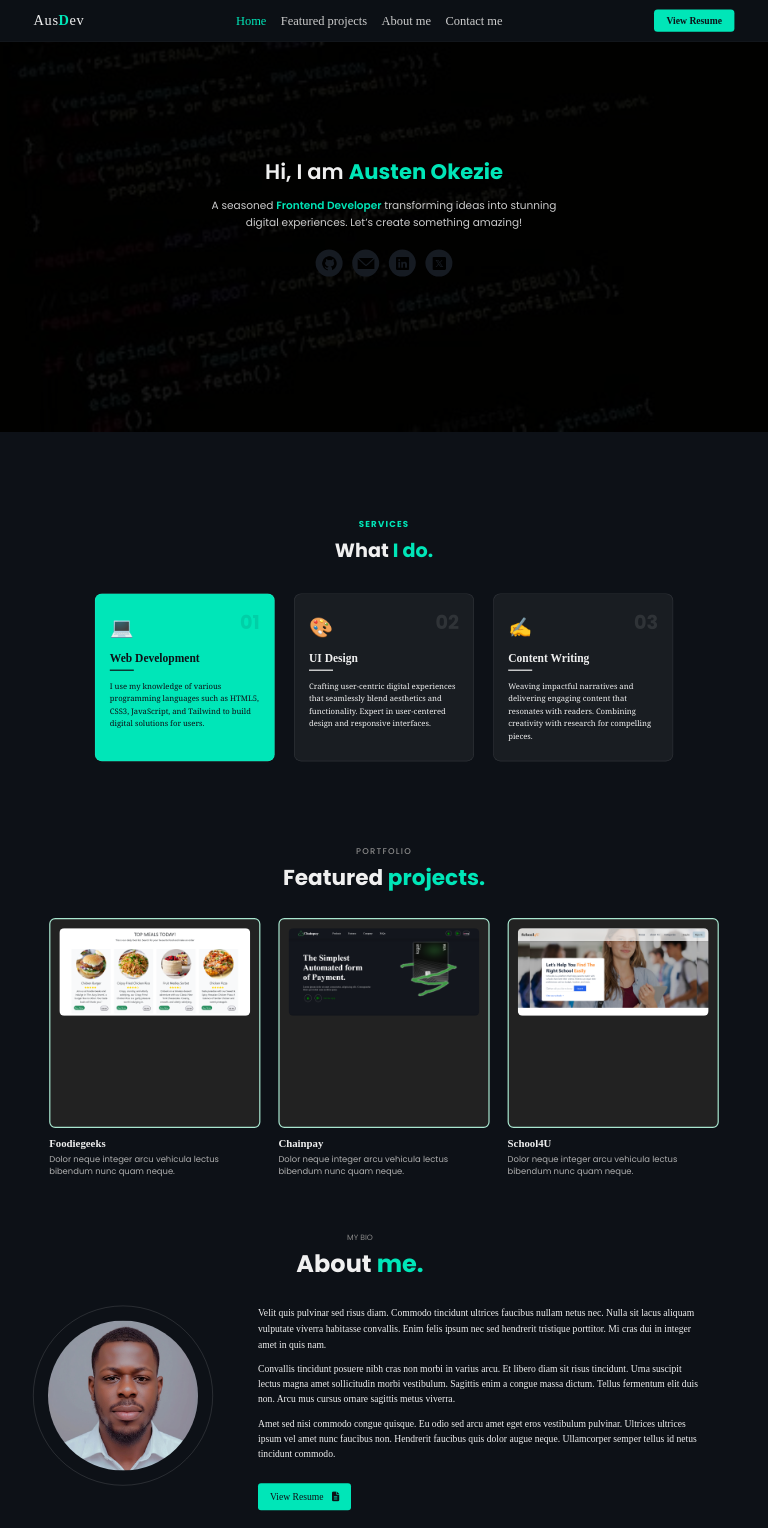
Repository: Austinokezie/Myportfolio
Page: index.html
These files come from the project's save history. The page is drawn as it stood at one moment and after the next save; the edit follows.
The browser window is 1280 px wide. The pictures show the whole page, at 60% of full size.
Some web fonts or font styles are not loaded; a fallback is used.

Above is the page before, as saved 2025-10-14 18:13:09.

After the next save:
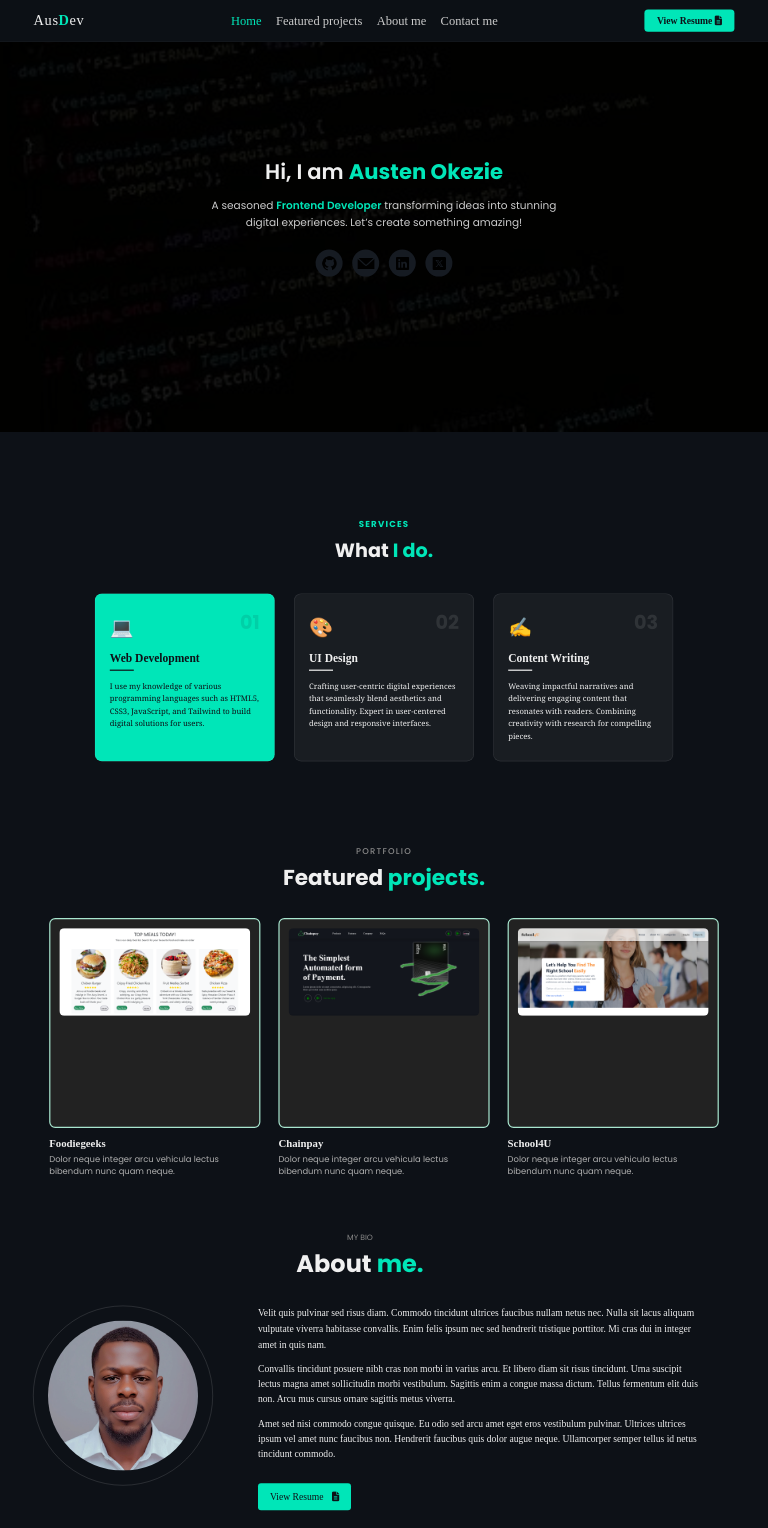
Saved 101 s later.
--- a/index.html
+++ b/index.html
@@ -25,7 +25,7 @@
              <li><a href="#">Contact me</a></li>
            </ul>
 
-          <a href="#" class="resume-btn">View Resume</a>
+          <a href="#" class="resume-btn">View Resume <i class="fas fa-file-alt"></i> </a>
 
           <a href="#" id="fa-bars"  ><img src="./Asset/icons8-menu-100.png" alt=""></i></a>
        </nav>
